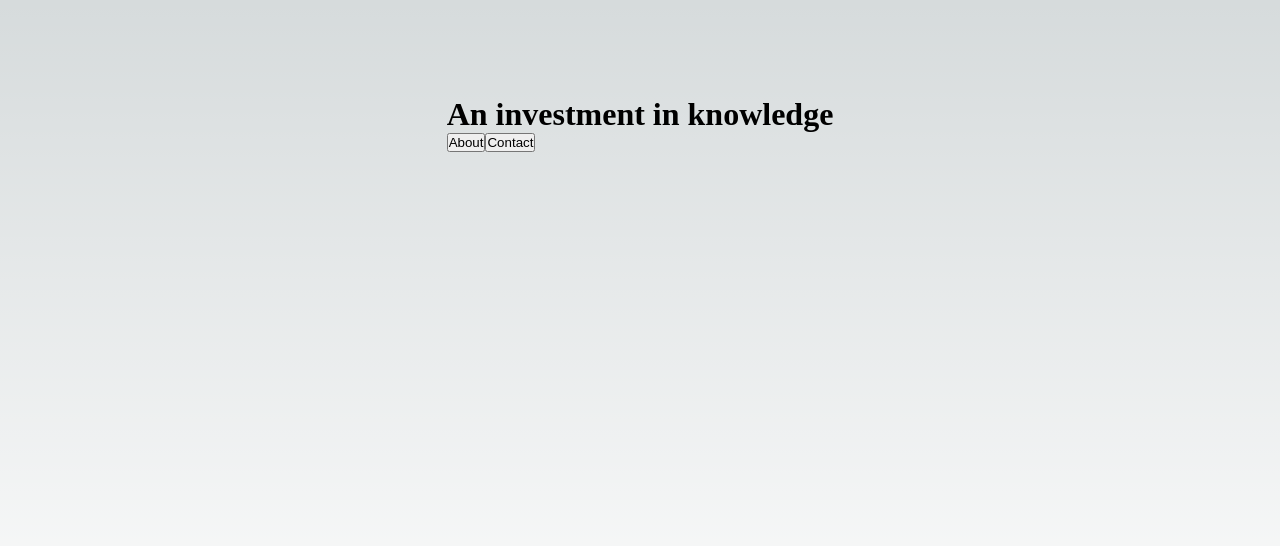
Repository: SanlyLp/assignment-1-playwright-site-a01182379
Page: /
The author's editor kept a copy of each file at every save. The page is drawn from the files as they stood at one save, then again after the next save.
The browser window is 1280 px wide. The pictures show the whole page.
The project was rebuilt for these pictures with package versions that can differ from the ones it lists, and the page was loaded fresh each time. The framework's server and built-in components were replaced by stand-ins that run in the browser. Also part of the build but not shown: next.config.js.

Above is the page before, as saved 2023-02-05 19:45:26.

After the next save:
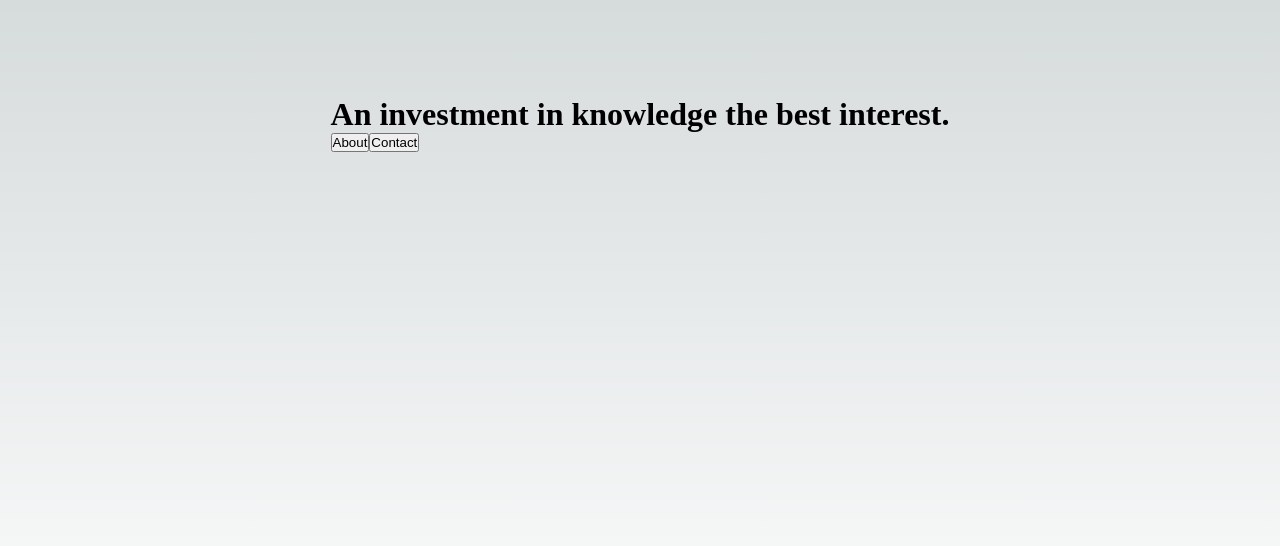
Saved 5 s later.
--- a/pages/index.js
+++ b/pages/index.js
@@ -18,7 +18,7 @@ export default function Home() {
       <main className={styles.main}>
         <div>
           <h1>An investment in knowledge
-
+            the best interest.
           </h1>
           <Link href="/about">
             <button>About</button>
